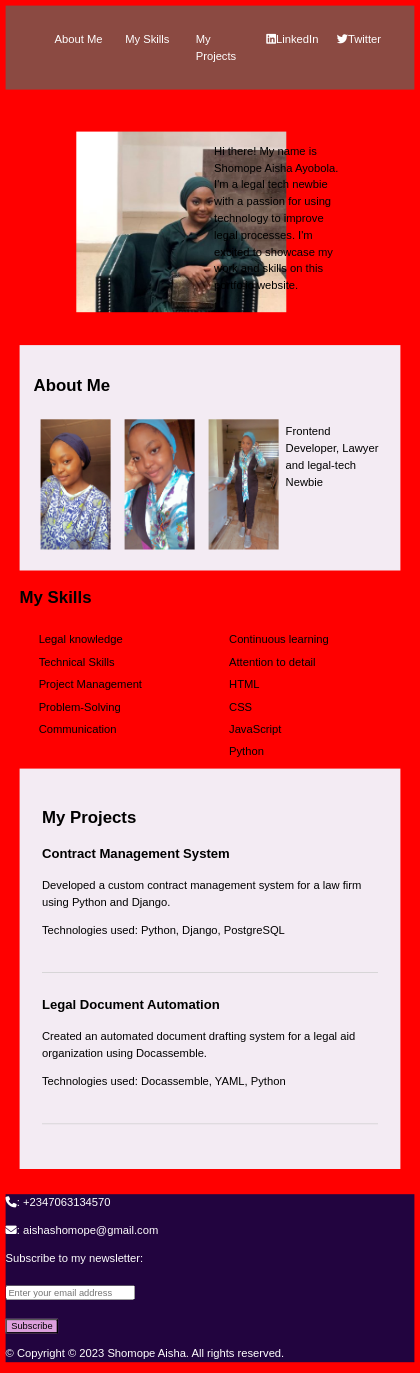
Repository: Iyewande/AishasPortfolio
Page: Index.html
The author's editor kept a copy of each file at every save. The page is drawn from the files as they stood at one save, then again after the next save.
The browser window is 600 px wide. The pictures show the whole page, at 70% of full size.
Some web libraries are served in a nearby version.

Above is the page before, as saved 2023-05-04 23:40:02.

### Index.html
<!DOCTYPE html>
<html lang="en">
    <head>
        <meta charset="UTF-8">
        <meta http-equiv="X-UA-Compatible" content="IE=edge">
        <meta name="viewport" content="width=device-width, initial-scale=1.0">
        <title>My Legal Tech Portfolio</title>
        <link rel="stylesheet" href="Style.css">
        <script src="https://kit.fontawesome.com/dcc74d8766.js" crossorigin="anonymous"></script>
    </head>
    <body>
        <div class="main-container">
        <!-- This HTML code creates a simple portfolio website with three main sections: About Me, My Projects, and My Skills.
            The navigation menu allows visitors to easily navigate between the sections of the website. The CSS styling for
            this website is located in a separate style.css file. -->
        <header id="header">
            <div>

            </div>
            <nav>
                <ul>
                    <li><a href="#about">About Me</a></li>
                    <li><a href="#skills">My Skills</a></li>
                    <li><a href="#projects">My Projects</a></li>
                    <li><a href="https://www.linkedin.com/in/shomope-aisha-ayobola/"><i class="fa-brands fa-linkedin"></i>LinkedIn</a></li>
                    <li><a href="https://twitter.com/ShomopeAisha"><i class="fa-brands fa-twitter"></i>Twitter</a></li>
                  </ul>
            </nav>
        </header>
        <main>
            <section id="landingPage">
                <div id="image">
                    <img id="img" src="E17CF07F-F5B1-4C94-9C3E-8D25C5FEC29B.jpg" alt="A picture of me">
                </div>
                <div id="heading">
                    <p>Hi there! My name is Shomope Aisha Ayobola.  I'm a legal tech newbie with a passion for using technology to improve legal processes. I'm excited to
                        showcase my work and skills on this portfolio website.
                    </p>
                </div>

            </section>
            <section  id="about">
                <div id="aboutMe">
                    <h2>About Me</h2>
                </div>
                <div id="secondrow2">
                    <div id="gallery">
                        <img id="me1" src="IMG_0573.JPG" alt="My picture">
                        <img id="me2" src="IMG_2036.JPG" alt="My picture">
                        <img id="me3" src="IMG_2049.JPG" alt="My picture">
                    </div>
                    <div id="paragraph">
                        <p>
                            Frontend Developer, Lawyer and legal-tech Newbie
                        </p>
                    </div>
                </div>

            </section>
              <section id="skills">
                <div id="mySkills">
                    <h2>My Skills</h2>
                </div>
               <div id="list">
                    <div id="unordered">
                         <p>Legal knowledge</p>
                         <p>Technical Skills</p>
                         <p>Project Management</p>
                         <p>Problem-Solving</p>
                         <p>Communication</p>
                    </div>
                    <div id="ordered">
                        <p>Continuous learning</p>
                        <p>Attention to detail</p>
                        <p>HTML</p>
                        <p>CSS</p>
                        <p>JavaScript</p>
                        <p>Python</p>
                </div>
              </section>
              <section id="projects">
                <div class="main-container"></div>
                <h2>My Projects</h2>
                <ul>
                  <li>
                    <h3>Contract Management System</h3>
                    <p>Developed a custom contract management system for a law firm using Python and Django.</p>
                    <p>Technologies used: Python, Django, PostgreSQL</p>
                  </li>
                  <li>
                    <h3>Legal Document Automation</h3>
                    <p>Created an automated document drafting system for a legal aid organization using Docassemble.</p>
                    <p>Technologies used: Docassemble, YAML, Python</p>
                  </li>
                </ul>
              </section>
              <section>
                <!-- <h3 id="futureProjects">Future projects</h3> -->
                <!-- As a complete legal tech newbie with only legal knowledge, HTML, and CSS skills, you can still build a portfolio
                       that showcases your abilities and potential. Here are some project ideas: -->

                <!-- <ul>
                    <li>
                        <h3>Legal blog or website</h3>
                        <p>Create a blog or website that discusses legal topics, provides legal advice, or offers legal services.</p>
                        <p>Tools:My HTML and CSS skills to design and build the website, and my legal knowledge to create
                            engaging and informative content.</p>
                    </li>
                    <li>
                        <h3>Legal case study</h3>
                        <p> Analyze a legal case and create a detailed report that summarizes the facts, legal issues, and outcomes.</p>
                    </li>
                    <li>
                        <h3>Legal newsletter</h3>
                        <p>Develop a newsletter that provides updates on legal news, recent court decisions, or changes in legislation.</p>
                    </li>
                    <li>
                        <h3>Legal Podcast </h3>
                        <p>Create a podcast that discusses legal topics or features interviews with legal professionals.</p>
                    </li>
                    <li>
                        <h3>Legal infographic</h3>
                        <p>Create an infographic that explains a legal concept or process in a visually engaging way.</p>
                    </li>
                    <h3>Legal research database</h3>
                    <p>Build a legal research database that allows users to search for legal cases or statutes using keywords, topics, and other criteria.</p>
                    </li>
                    <li>
                        <h3>Document automation</h3>
                        <p>Develop a tool that automates the creation of legal documents, such as contracts or agreements, using templates and user input.</p>
                    </li>
                    <li>
                        <h3>Contract management system</h3>
                        <p>Create a system that manages the entire contract lifecycle, from drafting to negotiation to execution and beyond.</p>
                    </li>
                    <li>
                        <h3>Compliance tracking tool</h3>
                        <p>Build a tool that helps companies track their compliance with legal regulations, such as data privacy laws or labor laws.</p>
                    </li>
                    <li>
                        <h3>Legal analytics dashboard</h3>
                        <p>Develop a dashboard that provides insights and analytics on legal data, such as case outcomes or legal spend.</p>
                    </li>
                    <li>
                        <h3>E-discovery tool</h3>
                        <p>Create a tool that helps legal teams manage electronic discovery, including searching, reviewing, and producing relevant documents for litigation.</p>
                    </li>
                    <li>
                        <h3>Virtual legal assistant</h3>
                        <p>Build a virtual assistant that can answer legal questions, provide guidance on legal processes, or assist with legal research.</p>
                    </li>
                </ul>
              </section>
              <p>These projects will help demonstrate my creativity, technical skills, and understanding of legal concepts.
                They can be used to showcase my work to potential employers, clients, or collaborators in the legal tech industry.
                As I continue to learn and develop your skills, I can incorporate more advanced technical components into my
                portfolio projects.</p> -->

        </main>
        <!-- footer: contains content that appears at the bottom of the page, such as copyright information. -->
        <footer id="footer">
            <div >
                <div class="contact">
                    <p><i class="fa-sharp fa-solid fa-phone"></i>: +2347063134570</p>
                    <p><i class="fa-solid fa-envelope"></i>: aishashomope@gmail.com</p>
                </div>
                <form action="#" method="post">
                    <label for="subscribe">Subscribe to my newsletter:</label>
                    <br><br>
                    <input type="email" id="subscribe" name="subscribe" placeholder="Enter your email address">
                    <br><br>
                    <button class=btn type="submit">Subscribe</button>
                </form>
                <p>&copy; Copyright © 2023 Shomope Aisha. All rights reserved.</p>
            </div>
        </footer>
    </div>
    </body>
</html>

### Style.css
/* Specific styles */

/* Header Styles */
#header {
  background-color: rgb(34, 4, 63);
  color: #fff;
  display: flex;
}

.header-container {
  display: flex;
  justify-content: space-between;
  align-items: center;
}

nav ul {
  display: flex;
  list-style: none;
}

nav ul li {
  margin: 0 10px;
  display: inline-block;
  width: 100px;
}

nav ul li a {
  color: #fff;
  text-decoration: none;
}

#landingPage {
  display: flex;
  margin: 20px;
  padding: 20px;
  justify-content: space-around;
}

#image{
  width: 25%;
}
#img{
  width: 300px;
}

#heading{
  width: 40%;
}

#secondrow2{
  display: flex;
  justify-content: space-evenly;
}

#gallery{
  display: flex;
  flex-direction: row;
}

#me1{
  flex: 30%;
  padding: 10px;
  width: 100px;
}

#me2{
  flex: 30%;
padding: 10px;
width: 100px;
}

#me3{
  flex: 30%;
padding: 10px;
width: 100px;
}

  #about {
    background-color: rgb(243, 235, 243);
    padding: 20px;
  }

  #about p {
    margin-bottom: 1em;
  }
  #aboutMe h2{
    font-size: 24px;
  }

  #projects ul {
    list-style: none;
    margin: 0;
    padding: 0;
  }

  #projects li {
    border-bottom: 1px solid #ccc;
    margin-bottom: 2em;
    padding-bottom: 2em;
  }

  #projects h3 {
    margin-top: 0;
  }

  #projects p {
    margin-bottom: 1em;
  }

  #projects {
    background-color: rgb(243, 235, 243);
    padding: 2em;
  }

  #futureProjects li {
    background-color: rgb(243, 235, 243);
    padding: 2em;
  }


  #skills ul {
    display: grid;
    grid-template-columns: repeat(auto-fit, minmax(120px, 1fr));
    grid-gap: 1em;
  }

  #skills li {
    background-color: #f7f7f7;
    border: 1px solid #ccc;
    border-radius: 4px;
    padding: 1em;
    text-align: center;
  }

  #list{
    display: flex;
    justify-content: space-around;
  }

  #unordered{
    width: 40%;
    line-height: 1;
  }

  #ordered{
    width: 40%;
    line-height: 1;
  }


   */
  /* Global Styles */
* {
    box-sizing: border-box;
    margin: 0;
    padding: 0;
}

body {
    font-family: Arial, sans-serif;
    font-size: 16px;
    line-height: 1.5;
}

header, main {
    max-width: 1200px;
    margin: 0 auto;
    padding: 20px;
}

/* Footer styles */
footer{
    background-color: rgb(34, 4, 63);
    color: #fff;
}
/* Hover Style */
nav ul li a:hover {
    text-decoration: underline;
}

.btn {
    background-color:plum;
}
.btn:hover {
    background-color:purple;
    color: white;
}

/* Focus Style */
input:focus {
    background-color: plum;
  }

/* Pseudo style */
h3{
    font-weight: bold;
}

@media (max-width: 320px){
  body{
    background-color:aqua
  }
  #header{
    display: flex;
    flex-direction: column;
    background-color:green
  }
  #header-container{
    display: flex;
  justify-content: space-between;
  align-items: left;
  }
  nav ul li {
    display: flex;
    flex-direction: column;
  }
  #landingPage{
    display: flex;
    flex-direction: column;
  }
}

@media (min-width:320px) and (max-width:480px) {

}

@media (max-width:767px) {
  body{
    background-color:red
  }
  #header{
    display: flex;
    flex-direction: column;
    background-color:rgb(139, 74, 66)
  }
  #header-container{
    display: flex;
  justify-content: space-between;
  align-items: left;
  }
  nav ul li {
    display: flex;
    flex-direction: column;
  }
}

After the next save:
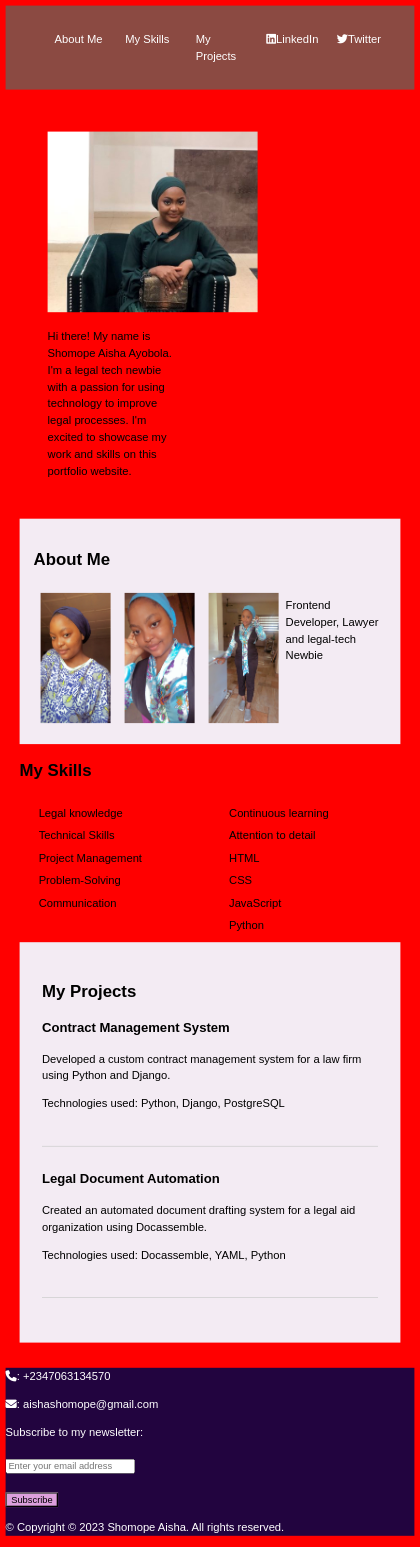
Saved 32 s later.
--- a/Style.css
+++ b/Style.css
@@ -242,4 +242,8 @@ h3{
     display: flex;
     flex-direction: column;
   }
-}
+  #landingPage{
+    display: flex;
+    flex-direction: column;
+  }
+}
